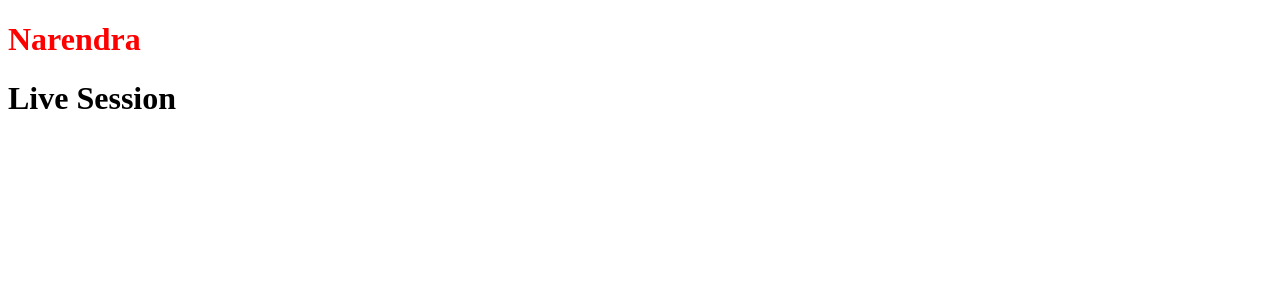
Repository: narendraiitm/may-2023-live-sessions
Page: index.html
An editor plug-in stored every save of this project. The page is shown before and after the next save, followed by the edit.
The browser window is 1280 px wide. The pictures show the whole page.

Above is the page before, as saved 2023-06-27 20:53:23.

### index.html
<!DOCTYPE html>
<html lang="en">
  <head>
    <meta charset="UTF-8" />
    <meta http-equiv="X-UA-Compatible" content="IE=edge" />
    <meta name="viewport" content="width=device-width, initial-scale=1.0" />
    <title>Document</title>
    <style>
      .danger {
        color: red;
      }
      .success {
        font-size: 1.5em;
      }
    </style>
  </head>
  <body>
    <div id="app"></div>
    <script src="https://cdn.jsdelivr.net/npm/vue@2/dist/vue.js"></script>
    <script src="./app.js"></script>
  </body>
</html>

### app.js
new Vue({
  // options object
  el: '#app',
  template: `
  <div>
    <h1 v-if = "present" v-bind:class='{danger:isDanger, success:!isDanger}'>
        {{blog.author}}
    </h1>
    <h3 v-else> Author not found </h3>
    <h1> {{blog.title}}</h1>
  </div>
  `,
  data: {
    blog: { author: 'Narendra', title: 'Live Session' },
    present: true,
    nPresent: false,
    isDanger: true,
    isSuccess: false,
  },
})

After the next save:
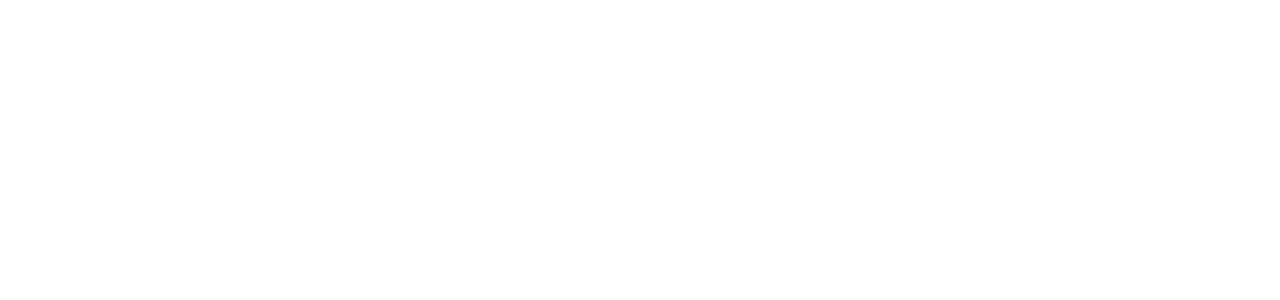
Console error: SyntaxError: Unexpected token ','
Saved 54 s later.
--- a/app.js
+++ b/app.js
@@ -12,6 +12,7 @@
   `,
   data: {
     blog: { author: 'Narendra', title: 'Live Session' },
+    blogs:,
     present: true,
     nPresent: false,
     isDanger: true,

After the save that followed:
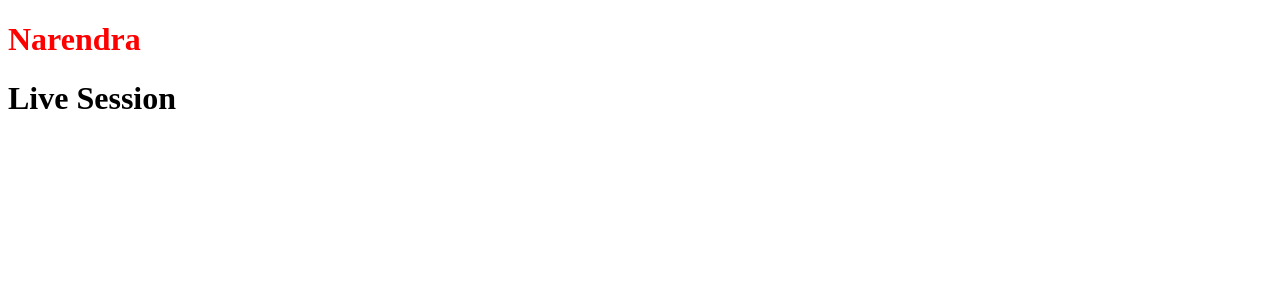
The error is gone.
Saved 29 s later.
--- a/app.js
+++ b/app.js
@@ -12,7 +12,10 @@
   `,
   data: {
     blog: { author: 'Narendra', title: 'Live Session' },
-    blogs:,
+    blogs: [
+      { author: 'Narendra', title: 'Live Session' },
+      { author: 'Narendra 2', title: 'Live Session 2' },
+    ],
     present: true,
     nPresent: false,
     isDanger: true,
